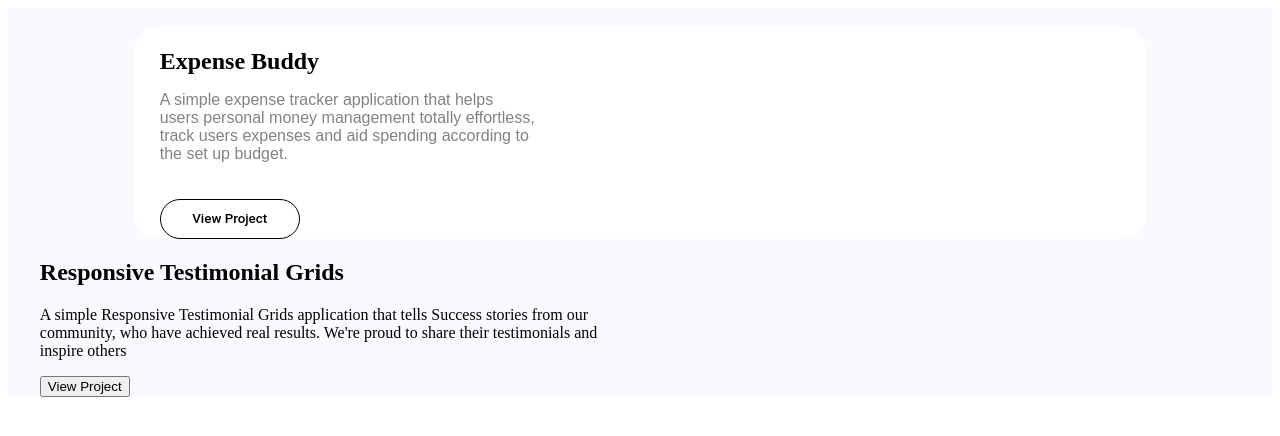
Repository: adehope1/My_Portfoilo
Page: port/assest/index2.html
An editor plug-in stored every save of this project. The page is shown before and after a run of saves, followed by the edit.
The browser window is 1280 px wide. The pictures show the whole page.

Above is the page before, as saved 2024-09-01 22:30:21.

### port/assest/index2.html
<!DOCTYPE html>
<html lang="en">
<head>
    <meta charset="UTF-8">
    <meta name="viewport" content="width=device-width, initial-scale=1.0">
    <link rel="stylesheet" href="./index2.css">
    <title>Document</title>
</head>
<body>
    <div class="proCont">
        <div class="cnt1">
            <div class="nameP">
                <div class="textHome">
                    <h2 id="exp">Expense Buddy</h2>
                    <p id="expe">
                        A simple expense tracker application that helps <br>
                        users personal money management totally effortless,<br>
                        track users expenses and aid spending according to <br> the set up budget.
                    </p>
                    <a href="https://cybogsail.000webhostapp.com/"><button type="button" id="btn3">View
                            Project</button></a>

                </div>

            </div>
        </div>
    </div>
    <div class="proCont11">
        <div class="ctn12">
            <div class="nameP1">
                <div class="textHome1">
                    <h2 id="exp1">Responsive Testimonial Grids</h2>
                    <p id="expe1"> A simple Responsive Testimonial Grids application that tells Success stories from our community, who have achieved real results. We're proud to share their testimonials and inspire others
                    </p>
                    <a href="https://github.com/Koded247/Responsive-testimonial-grids.git"><button type="button" id="btn4">View Project</button></a>
                </div>
            </div>
        </div>
    </div>
</body>
</html>

### port/assest/index2.css
.proCont {
    width: 100%;
    height: 90%;
    gap: 50px;
    background-color: #F9FAFF;
    display: flex;
    justify-content: space-around;
    align-items: center;
    flex-direction: column;
}

.cnt1 {
    width: 80%;
    height: 45%;
    background-color: #FFFFFF;
    display: flex;
    flex-direction: row;
    border-radius: 24px;
    margin-top: 20px;

}

.nameP {
    width: 50%;
    height: 100%;
    display: flex;
    justify-content: center;
    align-items: center;
}

.textHome {
    width: 90%;
    height: fit-content;
    text-align: left;
}

#exp {
    font-family: "Playfair Display", serif;
    font-optical-sizing: auto;
    font-weight: 700;
    font-style: normal;
    margin-bottom: 15px;

}

#expe {
    text-align: left;
    font-family: "Nunito", sans-serif;
    font-optical-sizing: auto;
    font-weight: 400;
    font-style: normal;
    color: #828282;
    font-size: 16px;


}

#btn3 {
    width: 140px;
    height: 40px;
    border-radius: 24px;
    border: 1px solid black;
    background-color: #fff;
    font-family: "Roboto", sans-serif;
    font-weight: 500;
    font-style: normal;
    margin-top: 20px;

}

.imgP {
    width: 50%;
    height: 100%;
    background: url(./images/expense.png);
    background-size: cover;
    background-repeat: no-repeat;
    border-radius: 0px 24px 24px 0px
}

#super {
    width: 100%;
    height: 100%;
}


.cnt2 {
    width: 80%;
    height: 45%;
    background-color: #FFFFFF;
    display: flex;
    flex-direction: row;
    border-radius: 24px;

}

.nameP2 {
    width: 50%;
    height: 100%;
    display: flex;
    justify-content: center;
    align-items: center;
}

.textHome2 {
    width: 90%;
    height: fit-content;
    text-align: left;
}

.proCont11 {
    width: 100%;
    height: 90%;
    gap: 50px;
    background-color: #F9FAFF;
    display: flex;
    justify-content: space-around;
    align-items: center;
    flex-direction: column;
}

.cnt12{
    width: 80%;
    height: 45%;
    background-color: #FFFFFF;
    display: flex;
    flex-direction: row;
    border-radius: 24px;
    margin-top: 20px;

}

.nameP1 {
    width: 50%;
    height: 100%;
    display: flex;
    justify-content: center;
    align-items: center;
}

.textHome {
    width: 90%;
    height: fit-content;
    text-align: left;
}

#exp {
    font-family: "Playfair Display", serif;
    font-optical-sizing: auto;
    font-weight: 700;
    font-style: normal;
    margin-bottom: 15px;

}

#expe {
    text-align: left;
    font-family: "Nunito", sans-serif;
    font-optical-sizing: auto;
    font-weight: 400;
    font-style: normal;
    color: #828282;
    font-size: 16px;


}

#btn3 {
    width: 140px;
    height: 40px;
    border-radius: 24px;
    border: 1px solid black;
    background-color: #fff;
    font-family: "Roboto", sans-serif;
    font-weight: 500;
    font-style: normal;
    margin-top: 20px;

}

.imgP {
    width: 50%;
    height: 100%;
    background: url(./images/expense.png);
    background-size: cover;
    background-repeat: no-repeat;
    border-radius: 0px 24px 24px 0px
}

#super {
    width: 100%;
    height: 100%;
}


.cnt2 {
    width: 80%;
    height: 45%;
    background-color: #FFFFFF;
    display: flex;
    flex-direction: row;
    border-radius: 24px;

}

.nameP2 {
    width: 50%;
    height: 100%;
    display: flex;
    justify-content: center;
    align-items: center;
}

.textHome2 {
    width: 90%;
    height: fit-content;
    text-align: left;
}

After the next 2 saves:
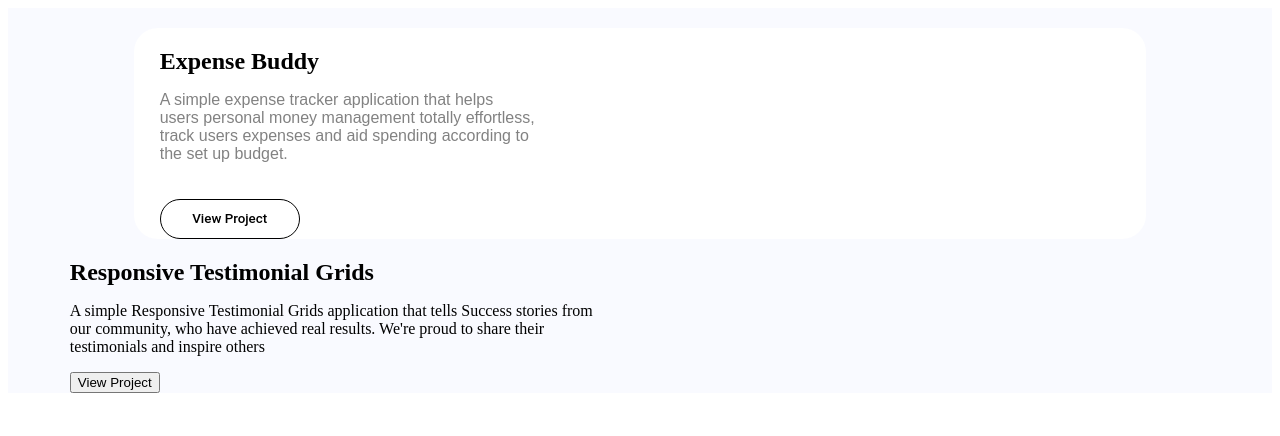
The 2 saves are shown as one change because they came seconds apart.
The last was saved 14 s later.
--- a/port/assest/index2.css
+++ b/port/assest/index2.css
@@ -137,13 +137,13 @@
     align-items: center;
 }
 
-.textHome {
-    width: 90%;
-    height: fit-content;
-    text-align: left;
-}
-
-#exp {
+.textHome1 {
+    width: 90%;
+    height: fit-content;
+    text-align: left;
+}
+
+#exp1 {
     font-family: "Playfair Display", serif;
     font-optical-sizing: auto;
     font-weight: 700;
